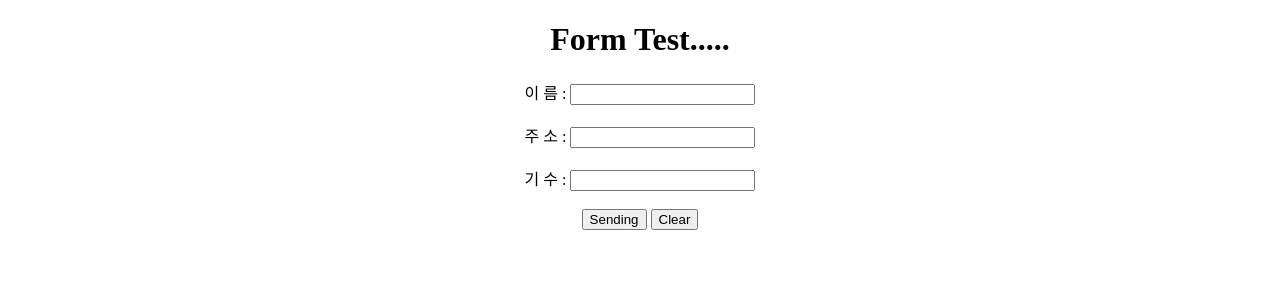
Repository: chunkind/dev_study
Page: kjs/servlet/web02_HttpServlet/WebContent/ex04/form.html
These files come from the project's save history. The page is drawn as it stood at one moment and after the next save; the edit follows.
The browser window is 1280 px wide. The pictures show the whole page.

Above is the page before, as saved 2016-12-04 02:27:21.

### kjs/servlet/web02_HttpServlet/WebContent/ex04/form.html
<!DOCTYPE html>
<html>
<head>
<meta charset="UTF-8">
<title>Insert title here</title>
<style type="text/css">
	form{
	text-align: center;
	}
</style>
</head>
<body>
<h1 align="center">Form Test.....</h1><p>
<form action="frm.jsp" method ="get">
	 이 름 : <input type="text" name="userName"><br><br>
	 주 소 : <input type="text" name="userAddr"><br><br>
	 기 수 : <input type="text" name="userKisu"><br><br>
	<input type="button" value ="Sending">
	<input type="reset" value ="Clear">
</form>
</body>
</html>

After the next save:
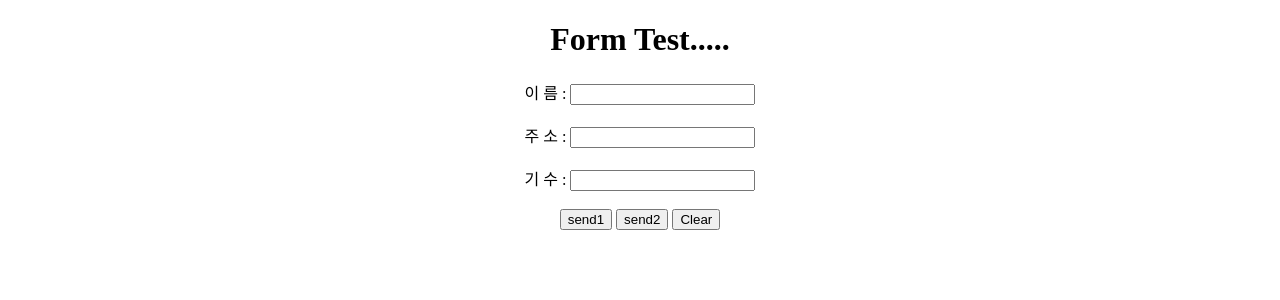
Saved 22 s later.
--- a/kjs/servlet/web02_HttpServlet/WebContent/ex04/form.html
+++ b/kjs/servlet/web02_HttpServlet/WebContent/ex04/form.html
@@ -15,7 +15,8 @@
 	 이 름 : <input type="text" name="userName"><br><br>
 	 주 소 : <input type="text" name="userAddr"><br><br>
 	 기 수 : <input type="text" name="userKisu"><br><br>
-	<input type="button" value ="Sending">
+	<input type="button" value ="send1">
+	<input type="button" value ="send2">
 	<input type="reset" value ="Clear">
 </form>
 </body>
